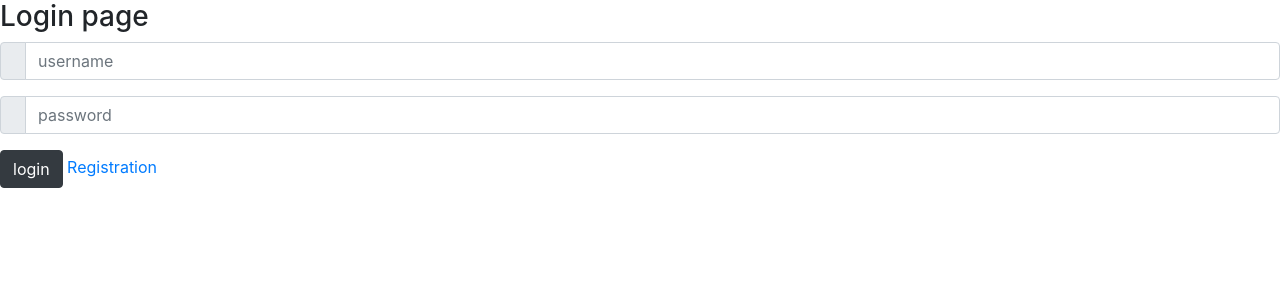
Repository: vishnushelke/LoginPage
Page: http://localhost/MyLoginPage/Login.jsp
These files come from the project's save history. The page is drawn as it stood at one moment and after the next save; the edit follows.
The browser window is 1280 px wide. The pictures show the whole page.
The page is served by Tomcat 9.

Above is the page before, as saved 2019-10-10 06:38:36.

After the next save:
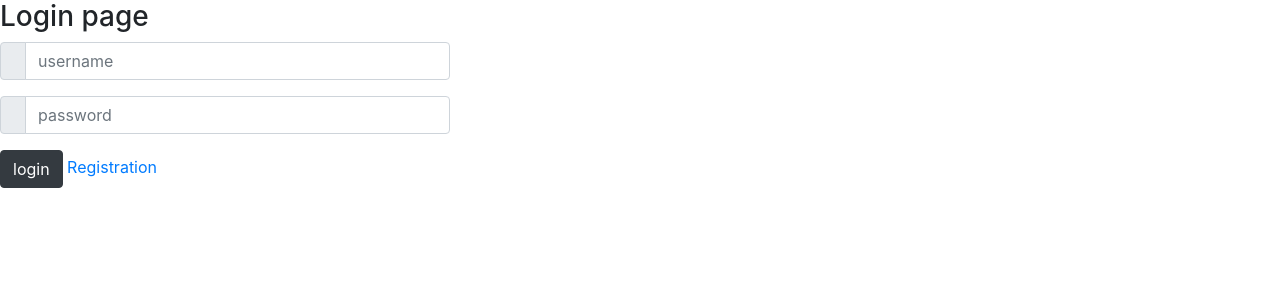
Saved 25 s later.
--- a/MyLoginPage/WebContent/Login.jsp
+++ b/MyLoginPage/WebContent/Login.jsp
@@ -17,7 +17,7 @@ src="https://maxcdn.bootstrapcdn.com/bootstrap/4.3.1/js/bootstrap.min.js"></scri
 <body>
 <form action="login" method="post">
 <div style='text-align:center'></div>
-<fieldset style="width:450px"></fieldset>
+<fieldset style="width:450px">
 <h3>Login page</h3>
 <div class="input-group mb-3">
   <div class="input-group-prepend">
@@ -33,7 +33,7 @@ src="https://maxcdn.bootstrapcdn.com/bootstrap/4.3.1/js/bootstrap.min.js"></scri
 </div>
 
 <input type="submit" value="login" class="btn btn-dark"></button> <a href="register.jsp">Registration</a>
-
+</fieldset>
 </form>
 
 </div>
